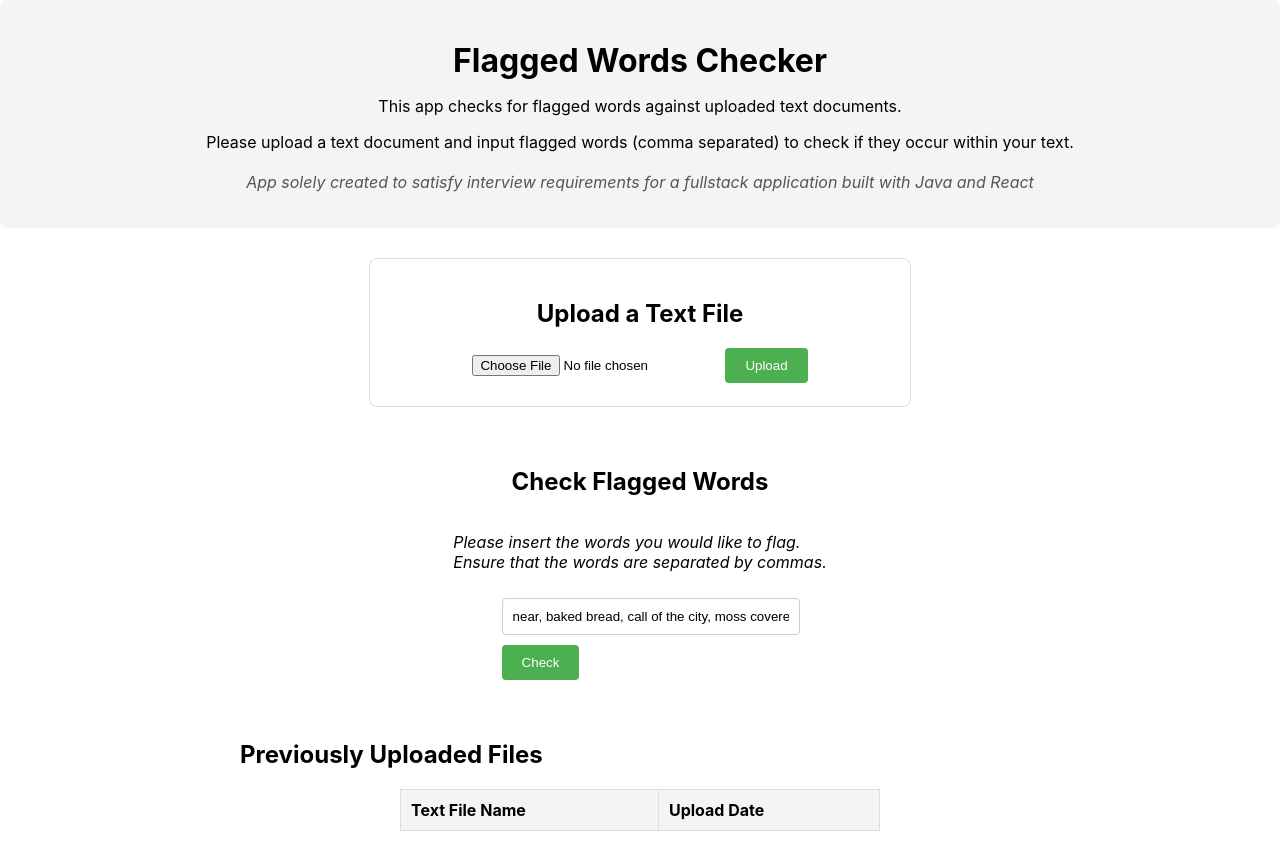
Repository: WafulaLukorito/flagged-Frontend
Page: /
These files come from the project's save history. The page is drawn as it stood at one moment and after the next save; the edit follows.
The browser window is 1280 px wide. The pictures show the whole page.
The page's requests for data from a server got no answer. The project was rebuilt for these pictures with package versions that can differ from the ones it lists, and the page was loaded fresh each time. No one was signed in, and anything a server would have sent is missing.

Above is the page before, as saved 2024-01-21 00:27:48.

After the next save:
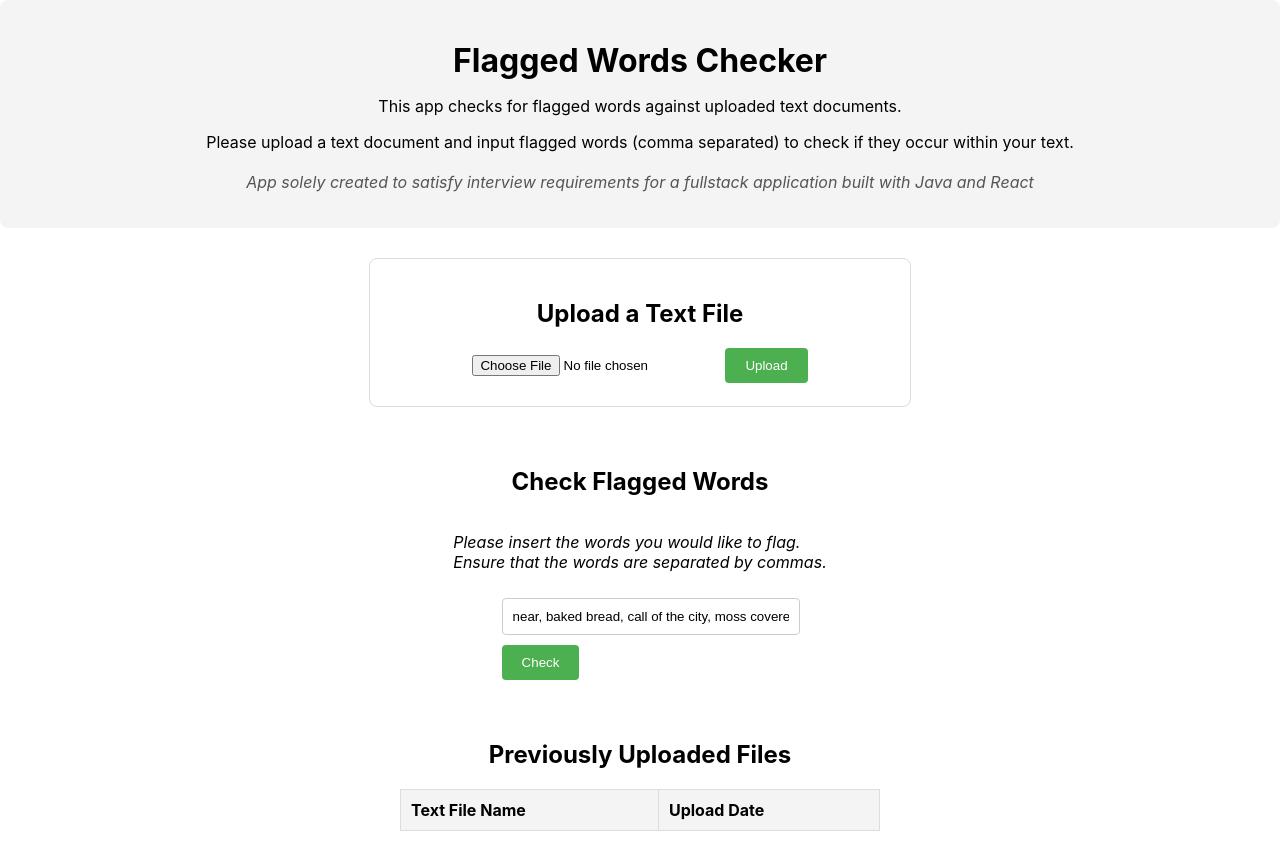
Saved 59 s later.
--- a/src/components/TextFilesTable/TextFilesTable.css
+++ b/src/components/TextFilesTable/TextFilesTable.css
@@ -22,3 +22,8 @@ th, td {
 th {
     background-color: #f4f4f4;
 }
+
+h2 {
+    text-align: center;
+    margin-bottom: 20px;
+}
